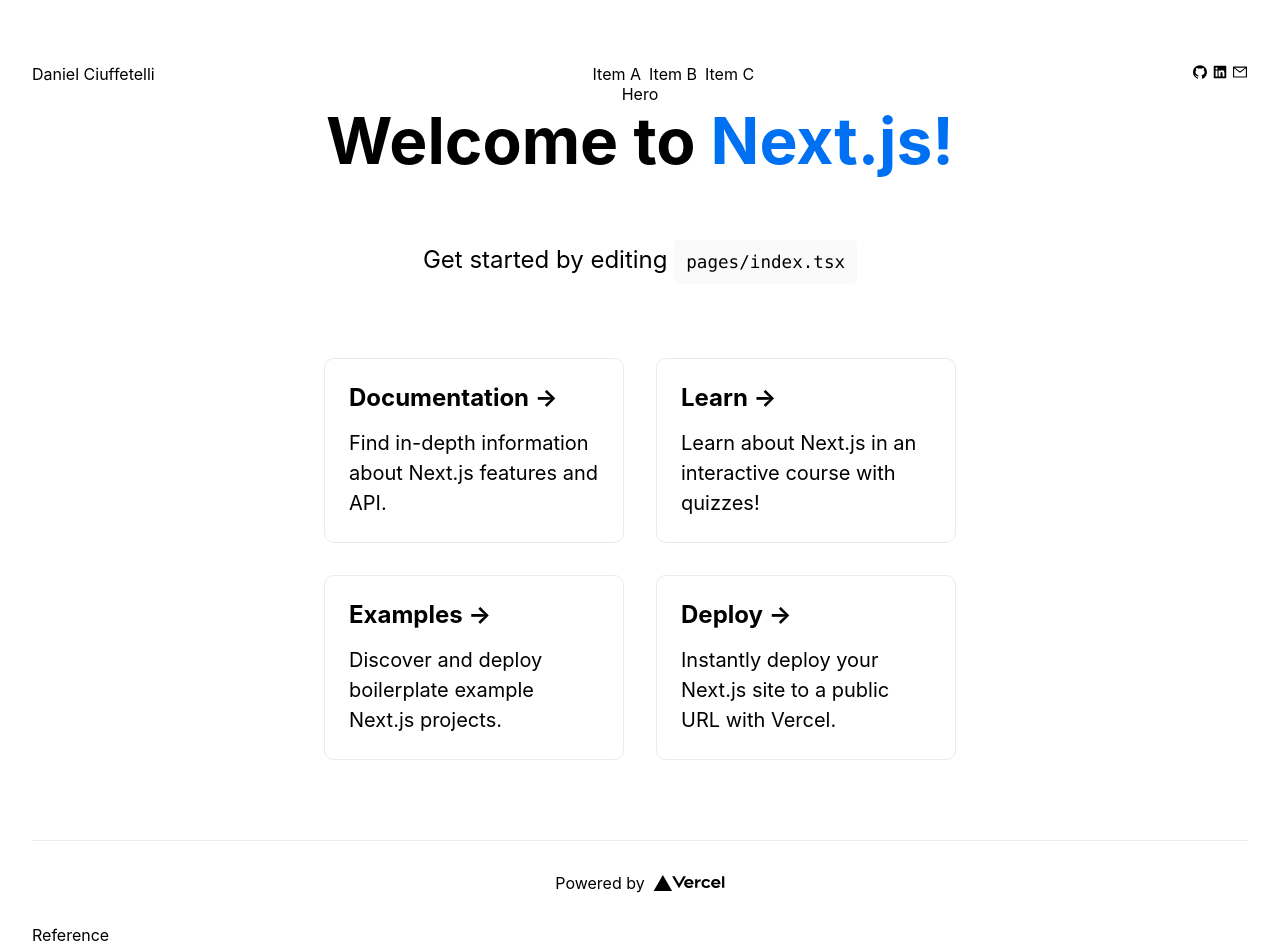
Repository: ciuffetelli/portfolio
Page: / (app in app/)
These files come from the project's save history. The page is drawn as it stood at one moment and after the next save; the edit follows.
The browser window is 1280 px wide. The pictures show the whole page.
The project was rebuilt for these pictures with package versions that can differ from the ones it lists, and the page was loaded fresh each time. The framework's server and built-in components were replaced by stand-ins that run in the browser. Also part of the build but not shown: app/next.config.js.

Above is the page before, as saved 2022-12-04 13:54:09.

After the next save:
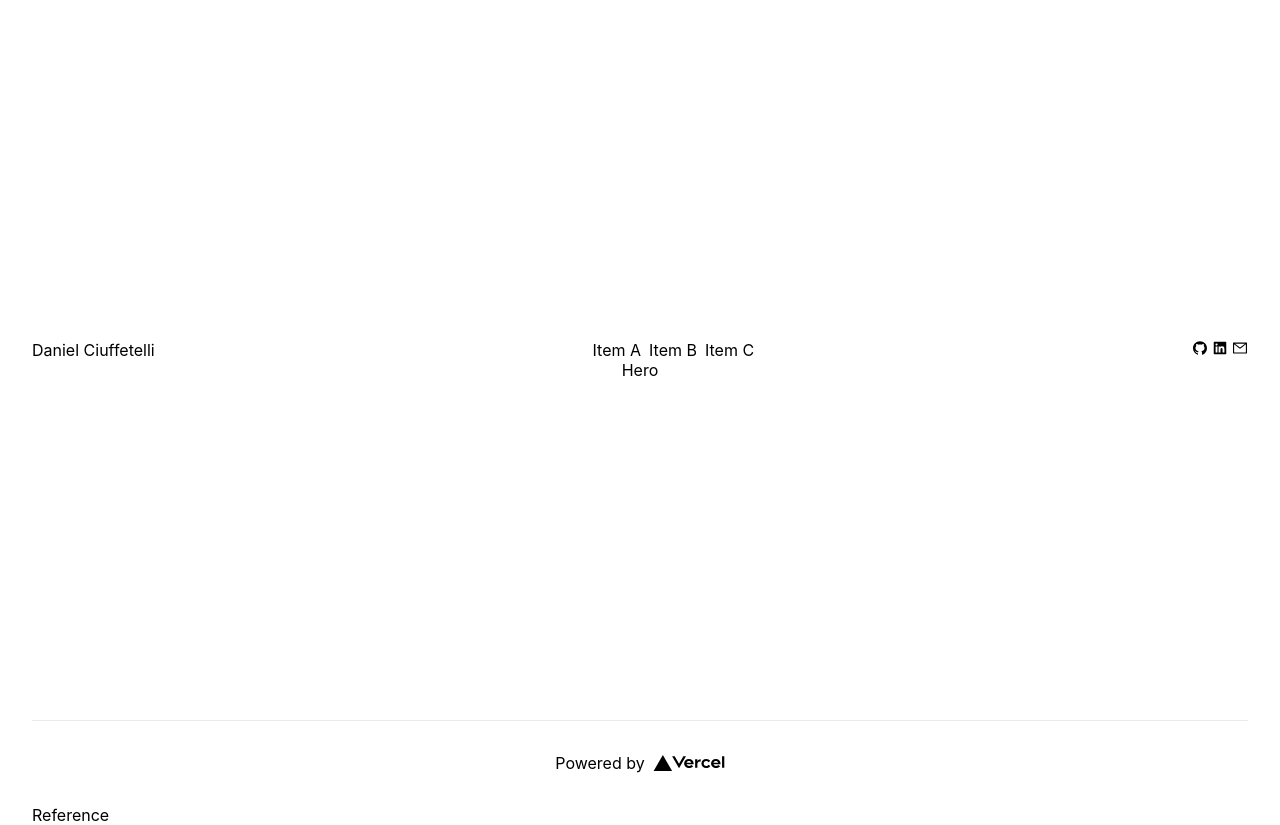
Saved 3 min 7 s later.
--- a/app/pages/index.tsx
+++ b/app/pages/index.tsx
@@ -18,7 +18,7 @@
         <Nav />
 
         <Hero />
-        <h1 className={styles.title}>
+        {/* <h1 className={styles.title}>
           Welcome to <a href="https://nextjs.org">Next.js!</a>
         </h1>
 
@@ -57,7 +57,7 @@
               Instantly deploy your Next.js site to a public URL with Vercel.
             </p>
           </a>
-        </div>
+        </div> */}
       </main>
 
       <footer className={styles.footer}>
